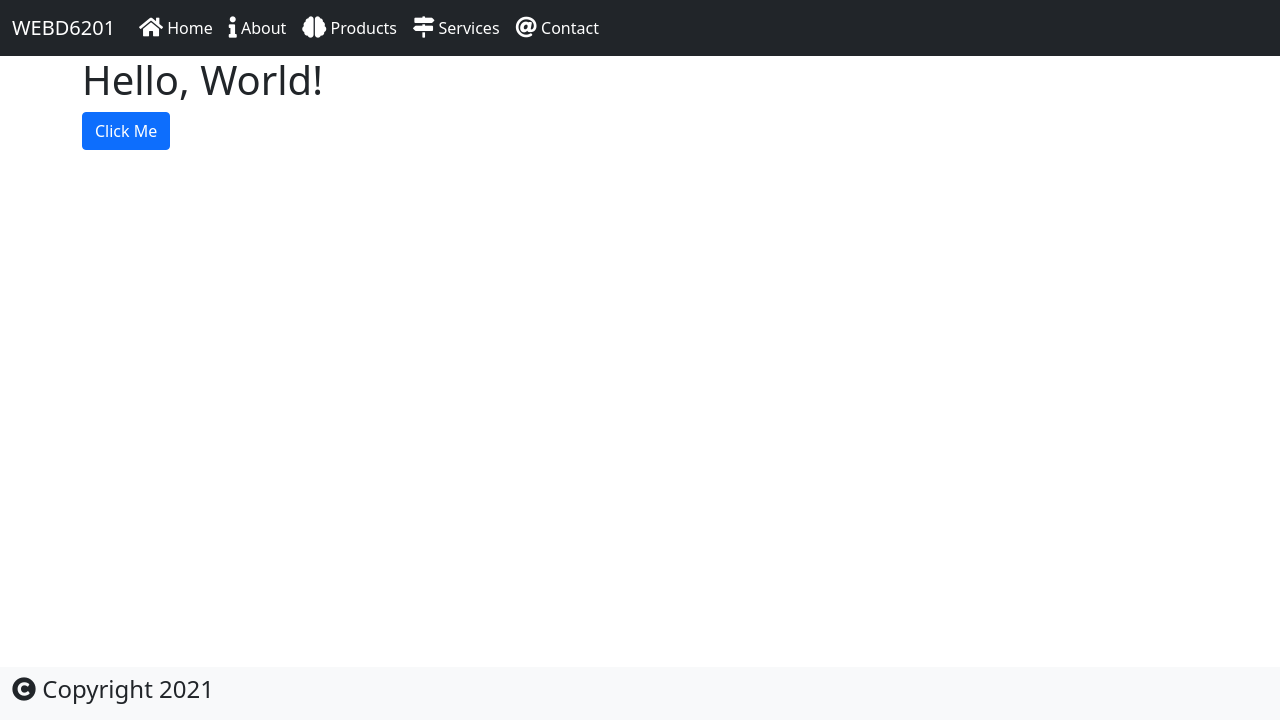
Repository: jaisydh07/WEBD6201-Week1
Page: index.html
An editor plug-in stored every save of this project. The page is shown before and after the next save, followed by the edit.
The browser window is 1280 px wide. The pictures show the whole page.

Above is the page before, as saved 2021-01-28 23:14:26.

After the next save:
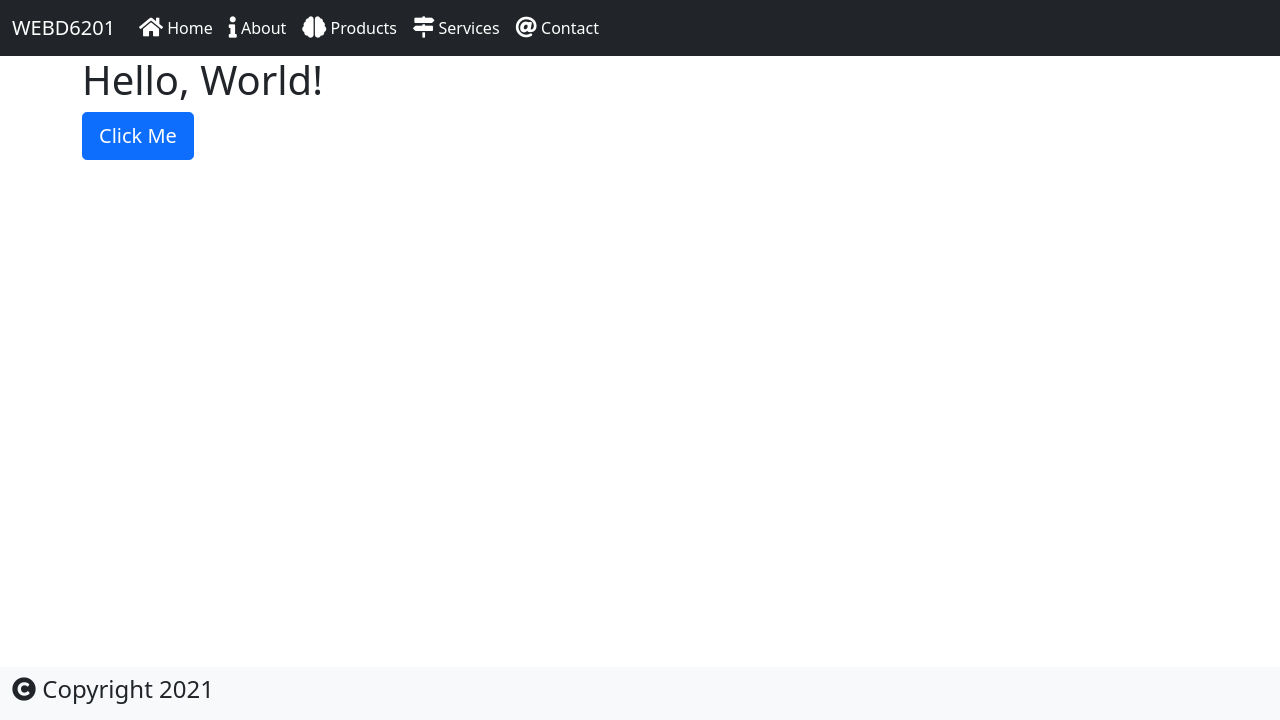
Saved 9 s later.
--- a/index.html
+++ b/index.html
@@ -55,7 +55,7 @@
 
     <main class="container">
         <h1>Hello, World!</h1>
-        <button class="btn btn-primary">Click Me</button>
+        <button class="btn btn-primary btn-lg">Click Me</button>
     </main>
 
     <footer>
